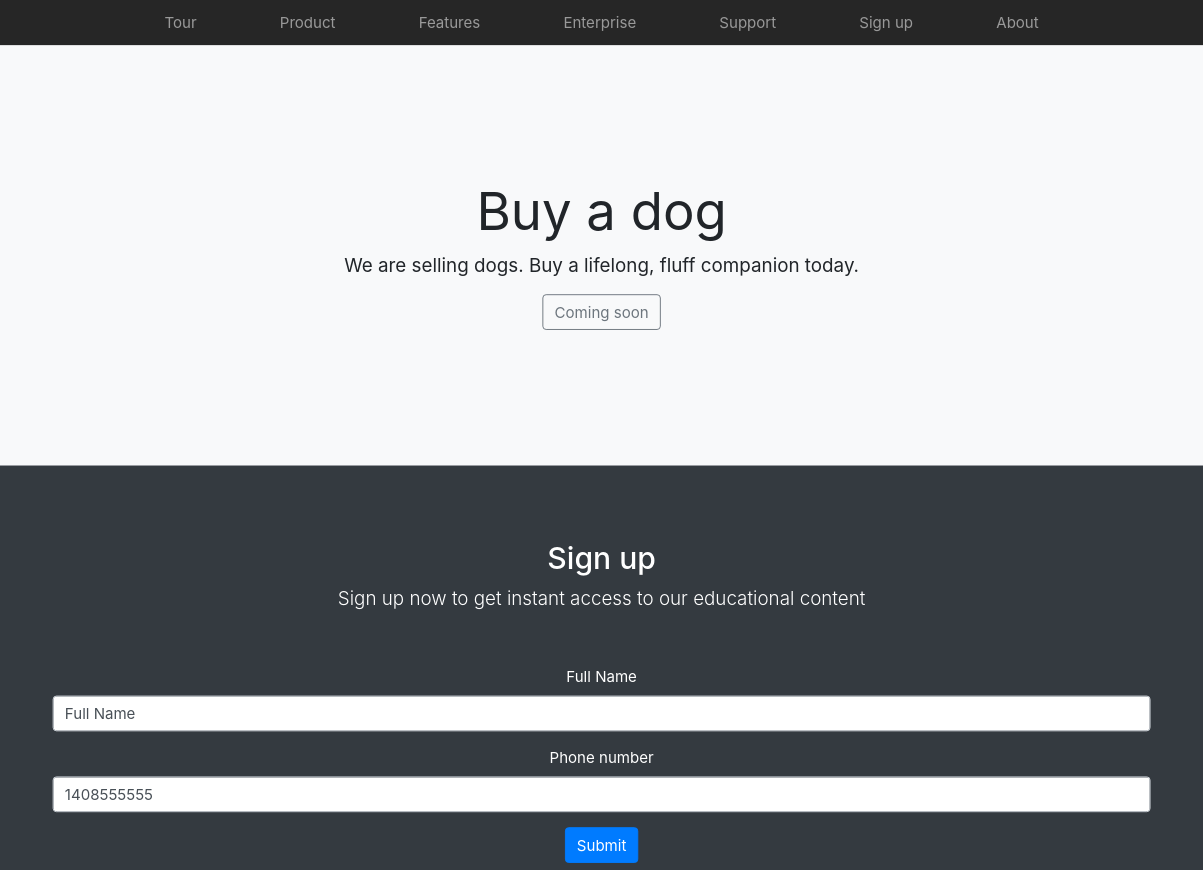
Repository: sdec002/SabinaDecastro-website
Page: lab2: LearnCS-Twilio/index.html
The author's editor kept a record of every edit. The page is drawn from the files as they stood at one moment, then again after the next edit.
The browser window is 1280 px wide. The pictures show the whole page, at 94% of full size.

Above is the page before.

After the next edit:
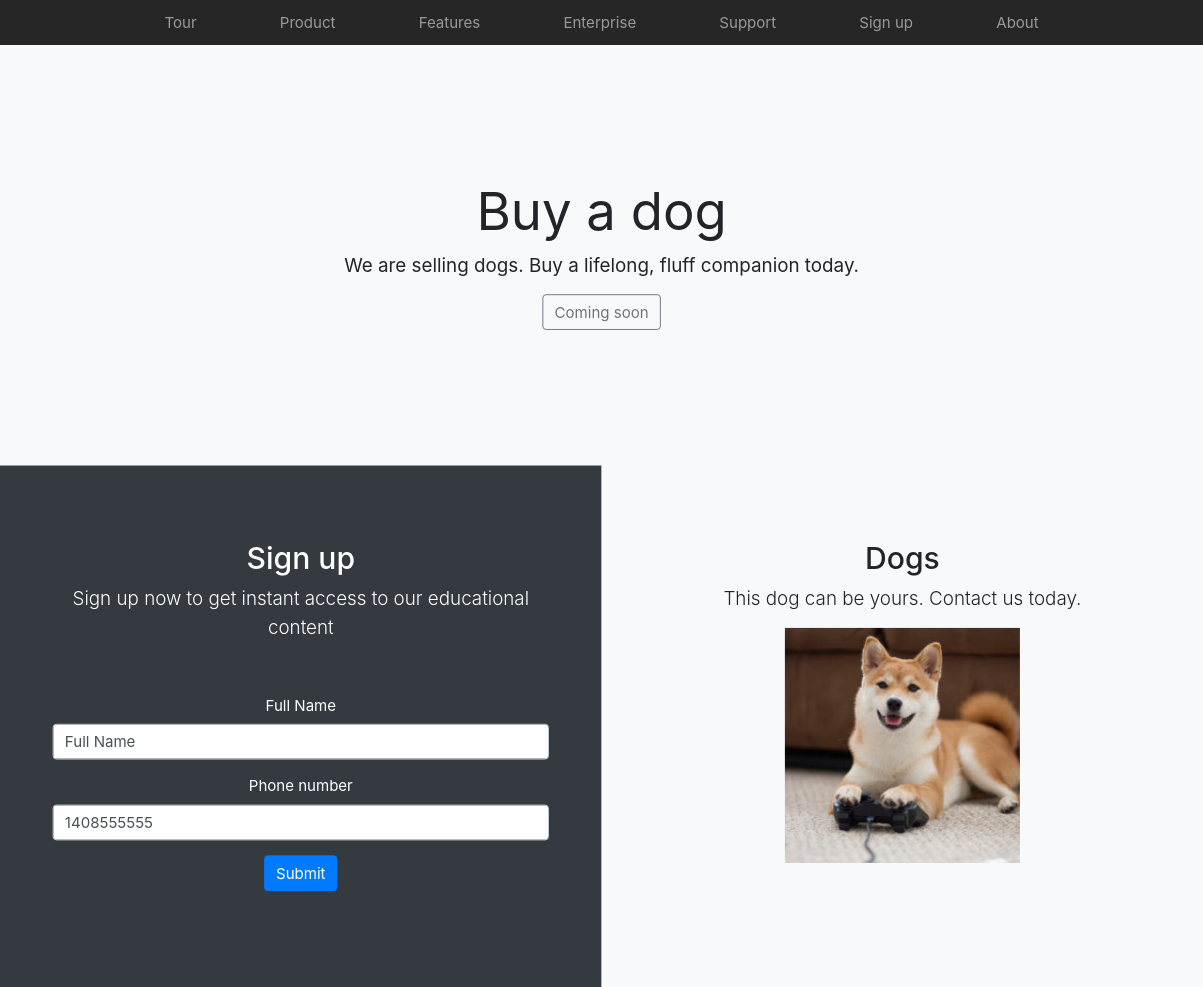
The edit:
--- a/lab2: LearnCS-Twilio/index.html
+++ b/lab2: LearnCS-Twilio/index.html
@@ -74,5 +74,15 @@
             <button type="submit" class="btn btn-primary">Submit</button>
         </form>
     </div>
+    <!-- Right Tile -->
+    <div class="bg-light pt-3 px-3 pt-md-5 px-md-5 text-center overflow-hidden">
+        <div class="my-3 p-3">
+            <h2 class="display-5">Dogs</h2>
+            <p class="lead">This dog can be yours. Contact us today.</p>
+            <img class="mx-auto" src="dog1.jpg" height="250px">
+        </div>
+        <div class="mx-auto" style="width: 80%; height: 100px; border-radius: 21px 21px 0 0;"></div>
+    </div>
+</div>
   </body>
 </html>
